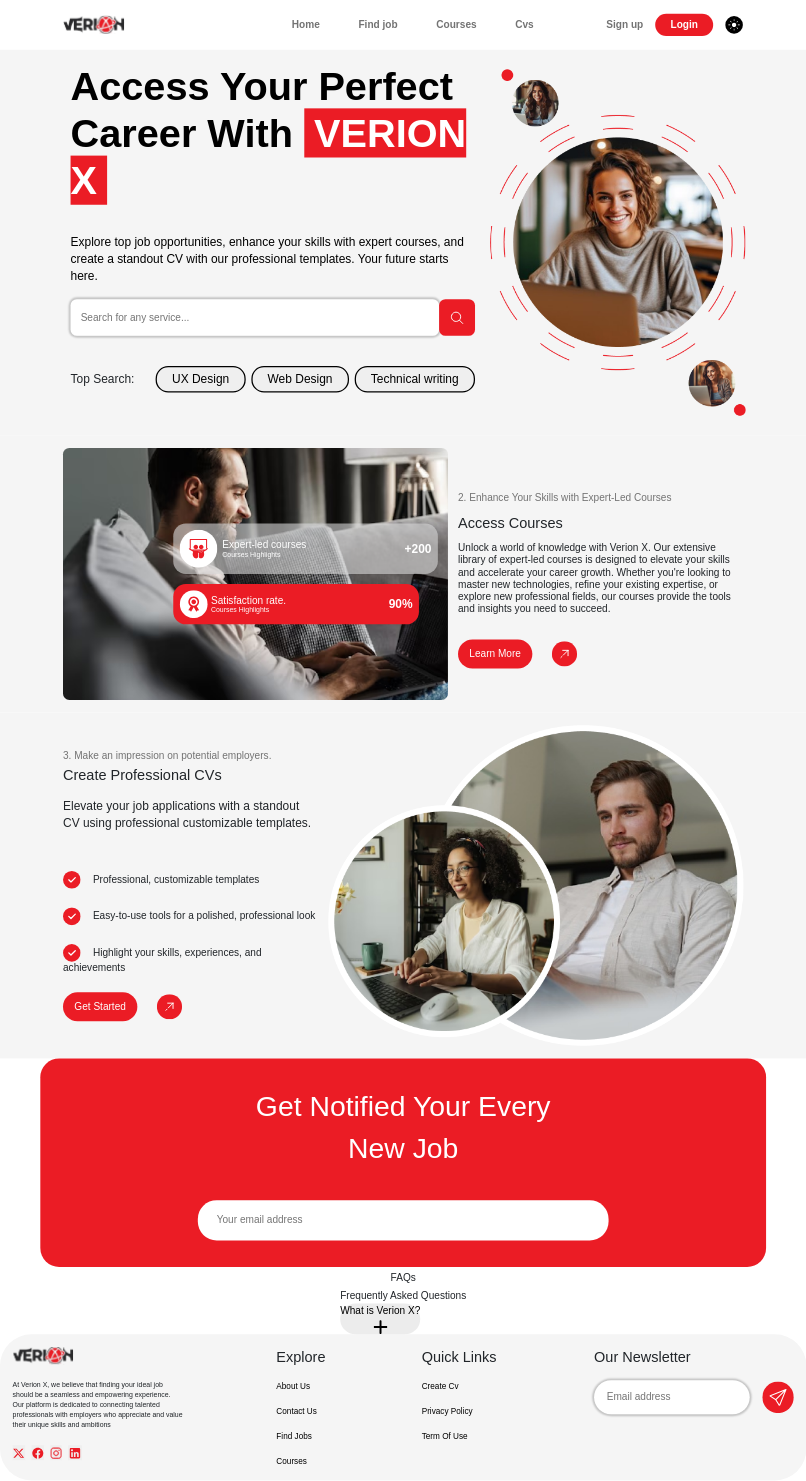
Repository: SahMenz/verionX
Page: /
These files come from the project's save history. The page is drawn as it stood at one moment and after the next save; the edit follows.
The browser window is 1280 px wide. The pictures show the whole page, at 63% of full size.
The project was rebuilt for these pictures with package versions that can differ from the ones it lists, and the page was loaded fresh each time. Also part of the build but not shown: vite.config.js.

Above is the page before, as saved 2024-06-16 18:03:41.

After the next save:
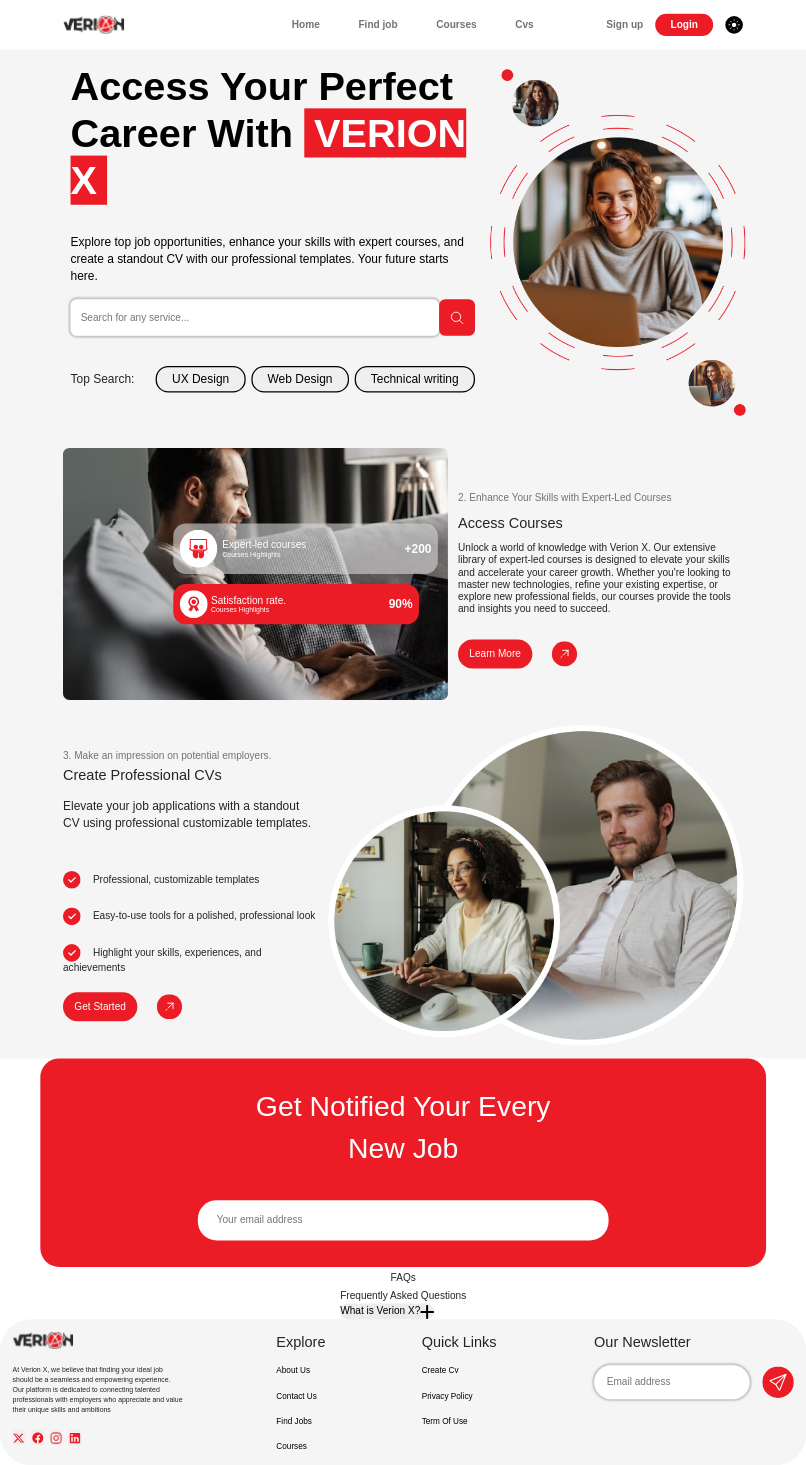
Saved 22 s later.
--- a/src/components/home/getNotified/getNotified.jsx
+++ b/src/components/home/getNotified/getNotified.jsx
@@ -12,7 +12,7 @@
             <div className='text-center fw-500 lh-34'>FAQs</div>
             <div className='text-center fw-500 lh-64'>Frequently Asked Questions</div>
             <div>
-                <button className='bg-ec' style={{borderRadius:"30px"}}><div>What is Verion X?</div> <div><CustomSvg name="plus" /></div></button>
+                <button className='bg-ec d-flex' style={{borderRadius:"30px"}}><div>What is Verion X?</div> <div><CustomSvg name="plus" /></div></button>
             </div>
         </div>
     </div>
